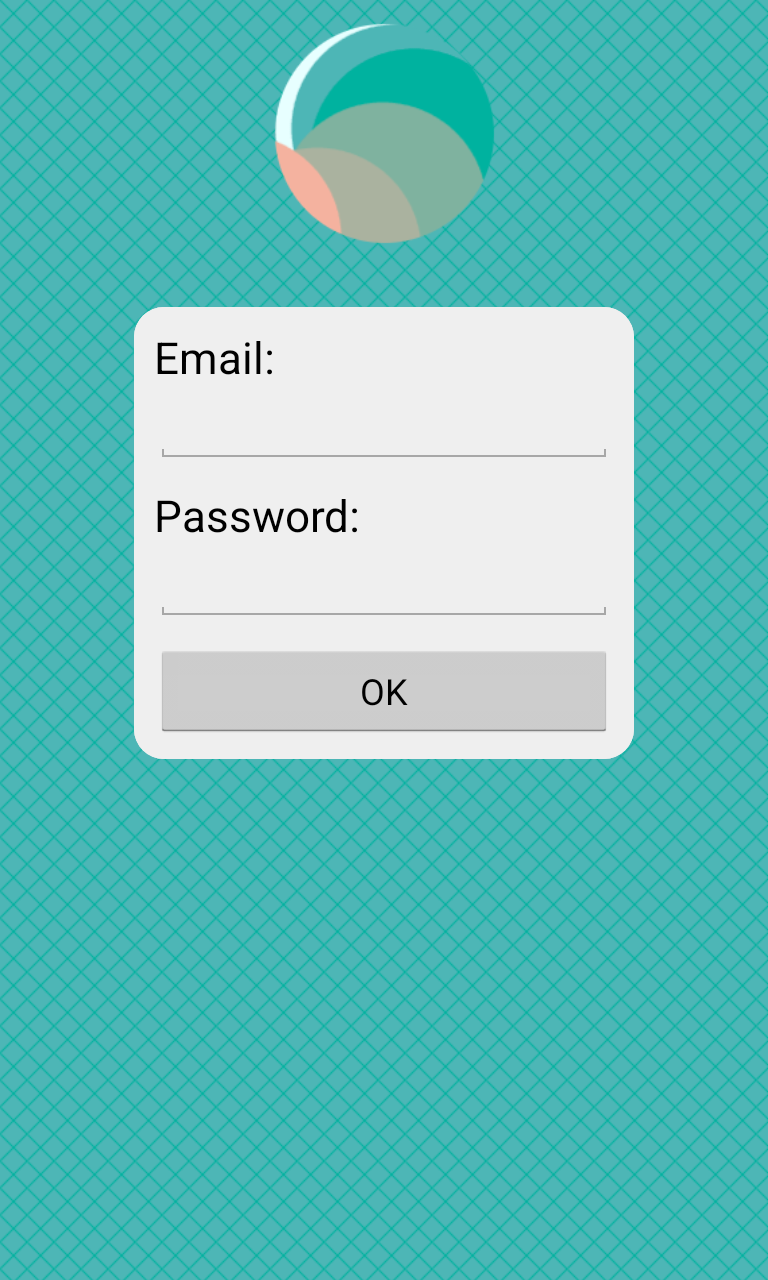
Repository: ppamorim/Coderock-X
Layout: workspace-Android/teste1/res/layout/activity_register.xml
The author's editor kept a copy of each file at every save. The layout is drawn from the files as they stood at one save, then again after the next save.
It is drawn on a 768 x 1280 px phone screen (xhdpi) without system bars, with theme AppTheme; the app's code is not run.

Above is the layout before, as saved 2014-01-05 22:30:01.

### workspace-Android/teste1/res/layout/activity_register.xml
<?xml version="1.0" encoding="utf-8"?>
<LinearLayout xmlns:android="http://schemas.android.com/apk/res/android"
    android:layout_width="match_parent"
    android:layout_height="match_parent"
    android:background="@drawable/background"
    android:orientation="vertical" >

    <ImageView
    android:layout_width="fill_parent"
    android:layout_height="wrap_content"
    android:contentDescription="@string/app_name"
    android:scaleType="centerInside"
    android:src="@drawable/splash" />

    <FrameLayout
        android:layout_width="250dp"
        android:layout_height="wrap_content"
        android:layout_gravity="center"
        android:layout_marginTop="20dp">

        <LinearLayout
            android:layout_width="match_parent"
            android:layout_height="match_parent"
            android:background="@layout/rounded"
            android:orientation="vertical" >

        	<LinearLayout
            android:layout_width="match_parent"
            android:layout_height="match_parent"
            android:background="@layout/rounded"
            android:orientation="vertical" >

            	<TextView
                android:id="@+id/textView1"
                android:layout_width="wrap_content"
                android:layout_height="wrap_content"
                android:text="@string/Email"
                android:textColor="#000"
                android:layout_marginTop="10dp"
                android:layout_marginLeft="10dp"
            	android:layout_marginRight="10dp"
                android:textAppearance="?android:attr/textAppearanceLarge" />

            	<EditText
            	android:id="@+id/Email"
            	android:layout_width="match_parent"
            	android:layout_height="wrap_content"
            	android:layout_marginLeft="10dp"
            	android:layout_marginRight="10dp"
            	android:ems="10" />

            	<TextView
                android:id="@+id/textView2"
                android:layout_width="wrap_content"
                android:layout_height="wrap_content"
                android:text="@string/Password"
                android:textColor="#000"
                android:layout_marginTop="10dp"
                android:layout_marginLeft="10dp"
            	android:layout_marginRight="10dp"
                android:textAppearance="?android:attr/textAppearanceLarge" />

        		<EditText
            	android:id="@+id/Senha"
            	android:layout_width="match_parent"
            	android:layout_height="wrap_content"
            	android:layout_marginBottom="10dp"
            	android:layout_marginLeft="10dp"
            	android:layout_marginRight="10dp"
            	android:ems="10" >
        		</EditText>

        		<Button
            	android:id="@+id/Entrar"
            	android:layout_width="fill_parent"
            	android:layout_height="wrap_content"
            	android:layout_marginBottom="10dp"
            	android:layout_marginLeft="10dp"
            	android:layout_marginRight="10dp"
            	android:text="@string/ok" />

        	</LinearLayout>
        </LinearLayout>
    </FrameLayout>
</LinearLayout>

### workspace-Android/teste1/res/values/styles.xml
<resources>

    <!--
        Base application theme, dependent on API level. This theme is replaced
        by AppBaseTheme from res/values-vXX/styles.xml on newer devices.
    -->
    <style name="AppBaseTheme" parent="android:Theme.Light">
        <!--
            Theme customizations available in newer API levels can go in
            res/values-vXX/styles.xml, while customizations related to
            backward-compatibility can go here.
        -->
    </style>

    <!-- Application theme. -->
    <style name="AppTheme" parent="AppBaseTheme">

    </style>

</resources>

### workspace-Android/teste1/res/drawable-hdpi/background.xml
<?xml version="1.0" encoding="utf-8"?>
<bitmap xmlns:android="http://schemas.android.com/apk/res/android"
  android:src="@drawable/bg"
  android:tileMode="repeat" />

### workspace-Android/teste1/res/values/strings.xml
<?xml version="1.0" encoding="utf-8"?>
<resources>

    <string name="app_name">Feel</string>
    <string name="action_settings">Settings</string>
    <string name="hello_world">Hello world!</string>
    <string name="Email">Email:</string>
    <string name="Password">Password:</string>
    <string name="Resultado">Resultado:</string>
    <string name="BotaoSomar">Somar</string>
    <string name="BotaoSub">Subtrair</string>
    <string name="BotaoMulti">Multiplicar</string>
    <string name="BotaoDividir">Dividir</string>
    <string name="ok">OK</string>
    <string name="register">cadastrar</string>

</resources>

### workspace-Android/teste1/res/layout/rounded.xml
<?xml version="1.0" encoding="utf-8"?>
<layer-list xmlns:android="http://schemas.android.com/apk/res/android">
    <item>
        <shape android:shape="rectangle" >
            <corners android:radius="15dip" />
            <solid android:color="#efefef" />
            <stroke android:width="0dp" android:color="#bebfc1"/>
        </shape>
    </item>
</layer-list>

Loaded but not shown: workspace-Android/teste1/res/values-v11/styles.xml (common file); workspace-Android/teste1/res/values-v14/styles.xml (common file)

After the next save:
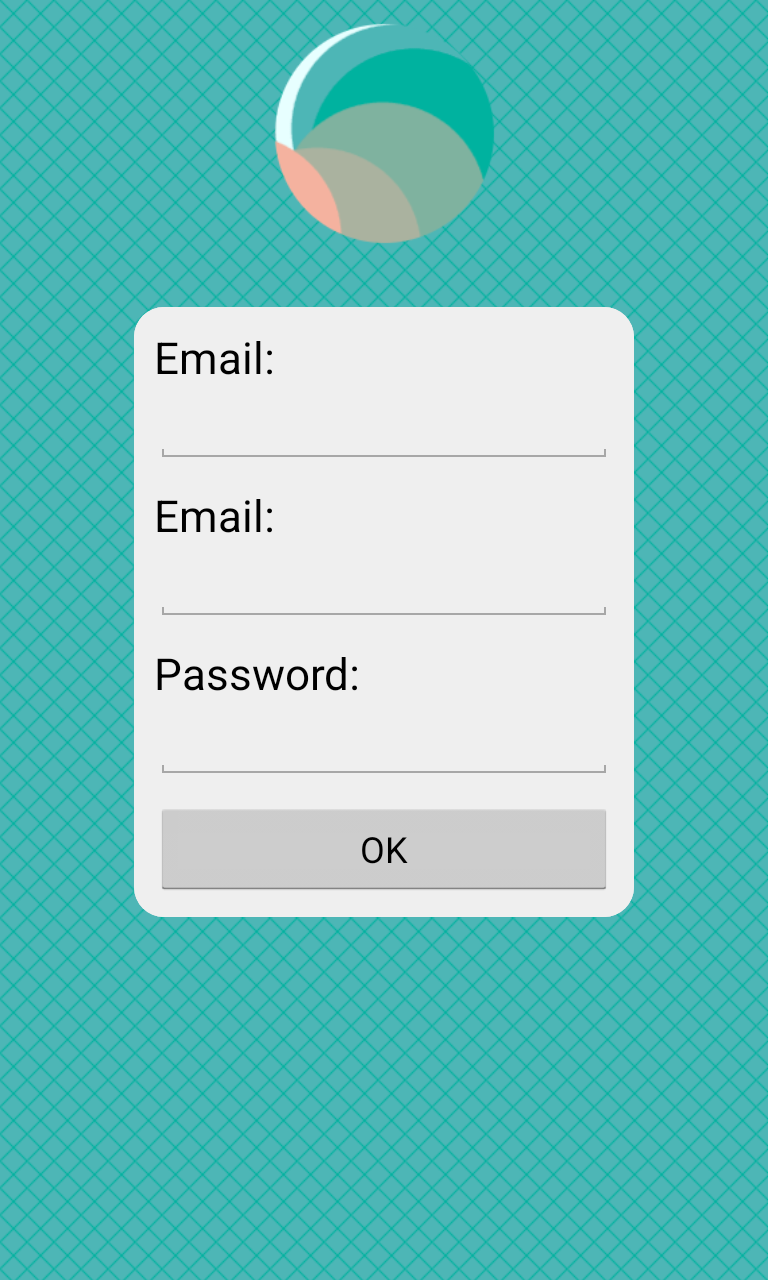
Saved 54 s later.
--- a/workspace-Android/teste1/res/layout/activity_register.xml
+++ b/workspace-Android/teste1/res/layout/activity_register.xml
@@ -30,8 +30,27 @@
             android:background="@layout/rounded"
             android:orientation="vertical" >
 
+        	    <TextView
+                android:id="@+id/TextUsername"
+                android:layout_width="wrap_content"
+                android:layout_height="wrap_content"
+                android:text="@string/Email"
+                android:textColor="#000"
+                android:layout_marginTop="10dp"
+                android:layout_marginLeft="10dp"
+            	android:layout_marginRight="10dp"
+                android:textAppearance="?android:attr/textAppearanceLarge" />
+
+            	<EditText
+            	android:id="@+id/Username"
+            	android:layout_width="match_parent"
+            	android:layout_height="wrap_content"
+            	android:layout_marginLeft="10dp"
+            	android:layout_marginRight="10dp"
+            	android:ems="10" />
+
             	<TextView
-                android:id="@+id/textView1"
+                android:id="@+id/TextEmail"
                 android:layout_width="wrap_content"
                 android:layout_height="wrap_content"
                 android:text="@string/Email"
